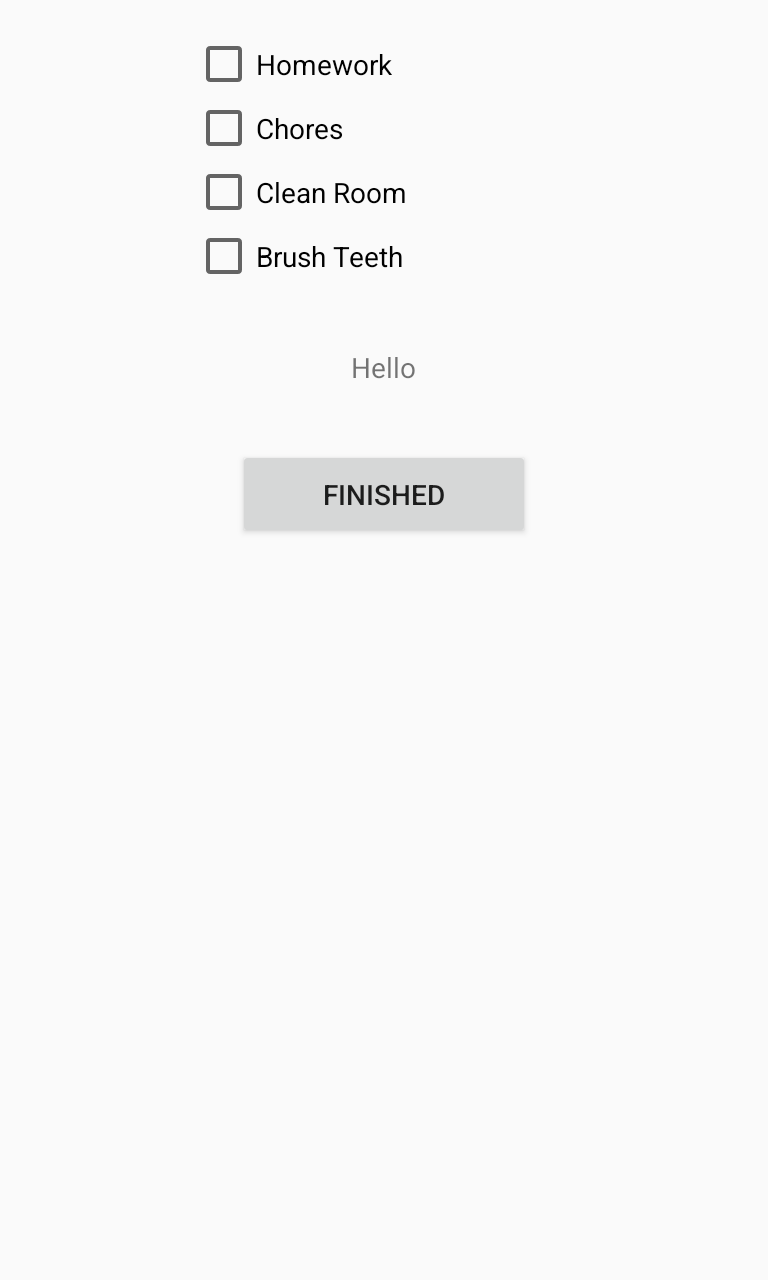
Repository: g80349/Java1
Layout: Week1 Project/ToDoList/res/layout/fragment_main.xml
The author's editor kept a copy of each file at every save. The layout is drawn from the files as they stood at one save, then again after the next save.
It is drawn on a 768 x 1280 px phone screen (xhdpi) without system bars, with theme AppTheme; the app's code is not run.

Above is the layout before, as saved 2014-04-03 17:25:16.

After the next save:
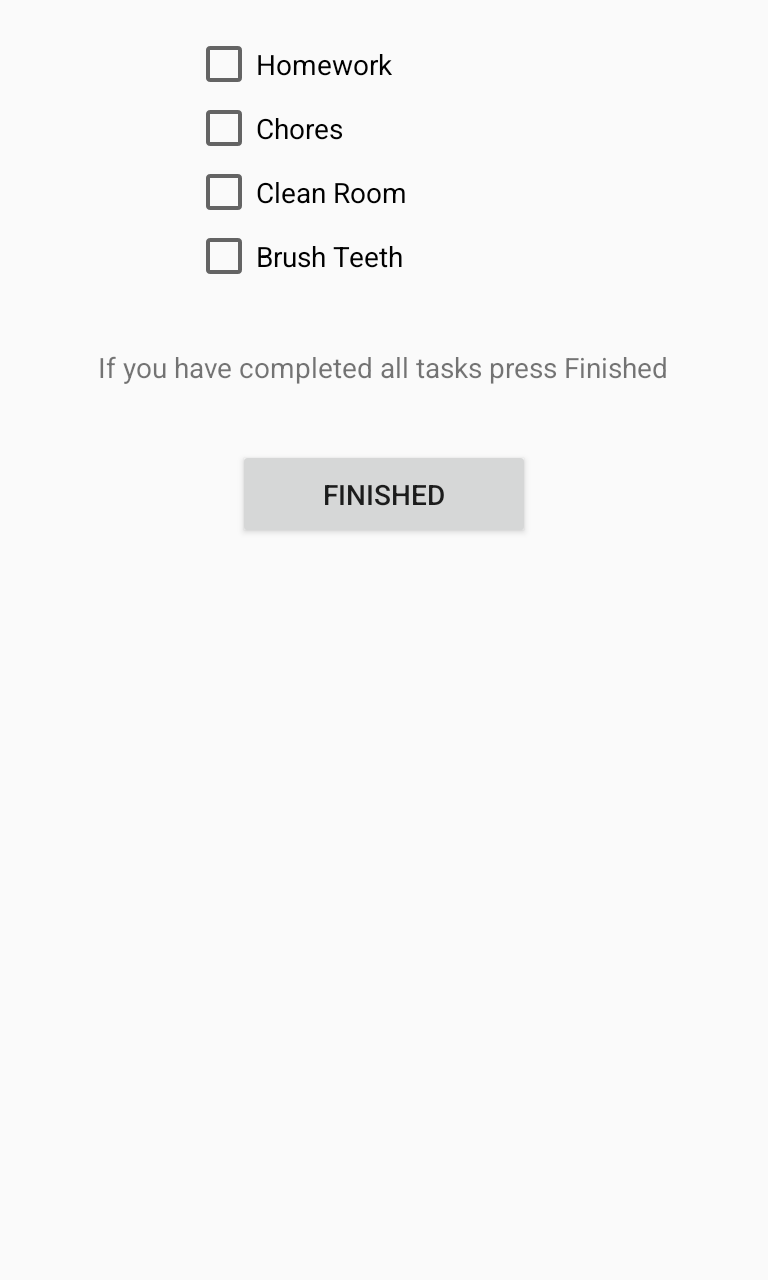
Saved 98 s later.
--- a/Week1 Project/ToDoList/res/values/strings.xml
+++ b/Week1 Project/ToDoList/res/values/strings.xml
@@ -7,7 +7,7 @@
     <string name="check_cleanRoom">Clean Room</string>
     <string name="check_brushTeeth">Brush Teeth</string>
     <string name="button_finish">Finished</string>
-    <string name="textView_toDo">Hello</string>
+    <string name="textView_toDo">If you have completed all tasks press Finished</string>
     <string name="action_settings">Settings</string>
 
 </resources>
